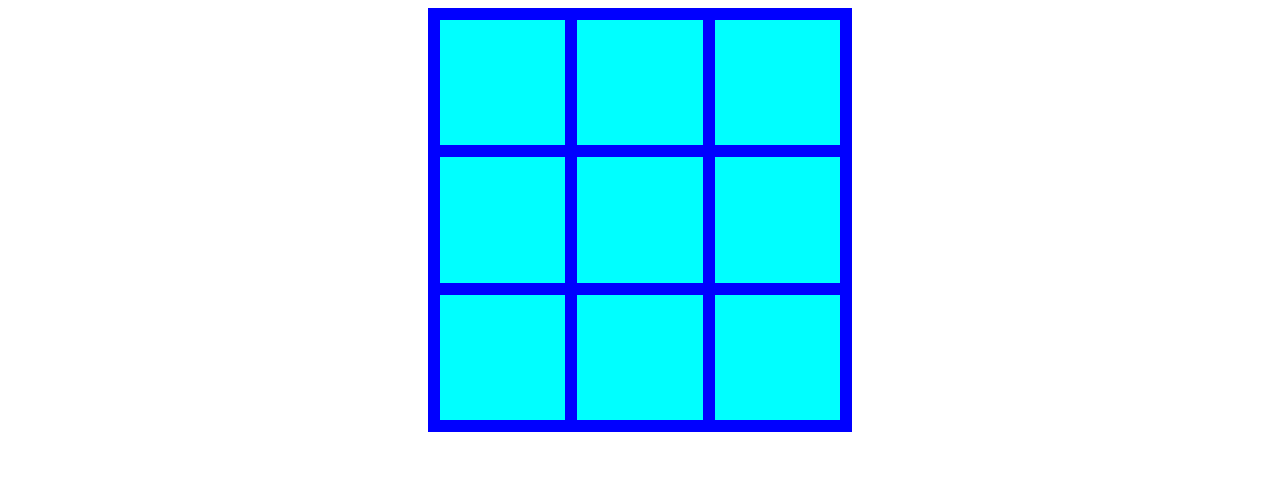
Repository: yeetzpxoci/tic-tac-toe
Page: index.html
These files come from the project's save history. The page is drawn as it stood at one moment and after the next save; the edit follows.
The browser window is 1280 px wide. The pictures show the whole page.

Above is the page before, as saved 2023-02-23 12:32:38.

After the next save:
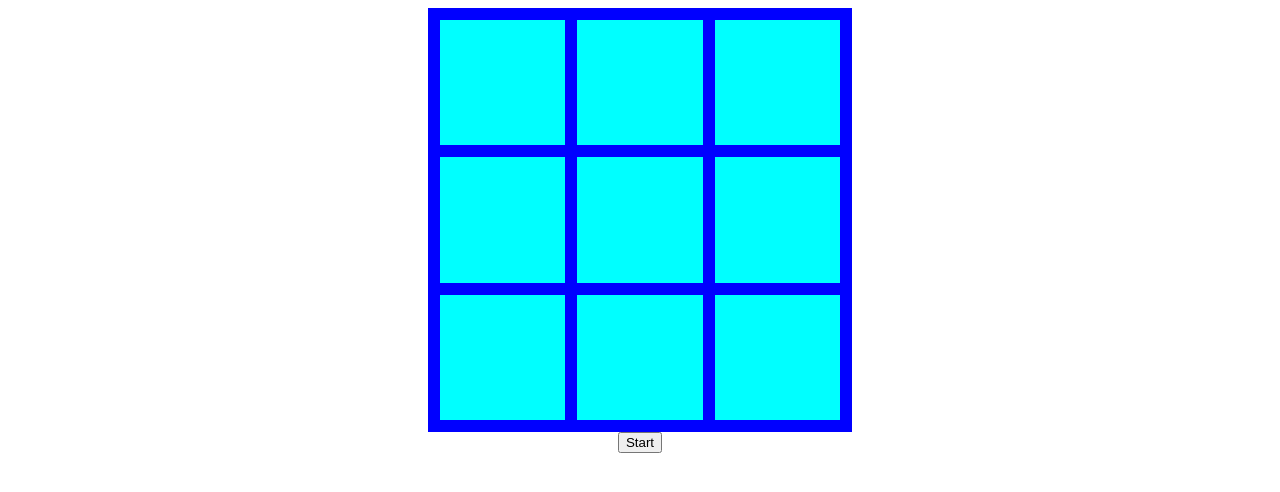
Saved 47 s later.
--- a/index.html
+++ b/index.html
@@ -36,6 +36,8 @@
         <div class="square" data-index=8>
         </div>
     </div>
+
+    <button id="start">Start</button>
 <script src="script.js"></script>
 </body>
 </html>
